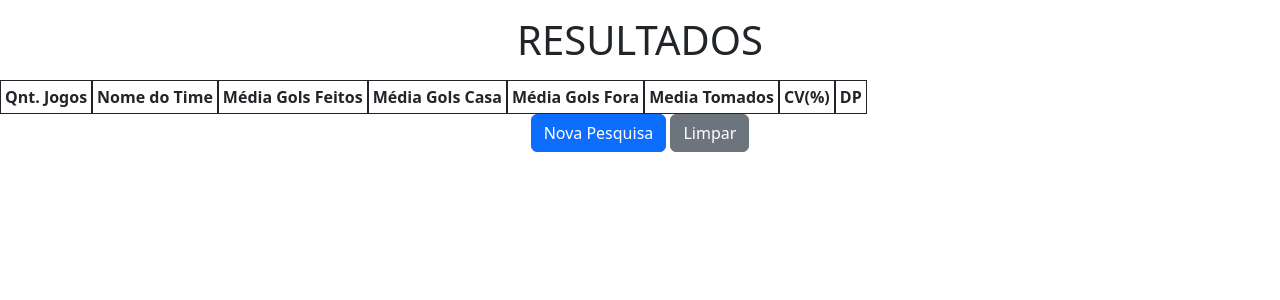
Repository: ricardodamaceno/Coeficiente-de-Variacao-de-Gols
Page: http://localhost/resposta
An editor plug-in stored every save of this project. The page is shown before and after the next save, followed by the edit.
The browser window is 1280 px wide. The pictures show the whole page.
The page is this project's Thymeleaf template; nobody is signed in. The template is opened directly, without the code that normally fills it, so the values that code supplies are empty.

Above is the page before, as saved 2022-10-01 14:57:11.

### aposta-tozo/src/main/resources/templates/resposta.html
<!DOCTYPE html>
<html xmlns:th="http://www.thymeleaf.org">
<head>
<meta name="viewport"
	content="width = device-width, initial-scale = 1, shrink-to-fit = no">
<!-- CSS only -->
<link
	href="https://cdn.jsdelivr.net/npm/bootstrap@5.2.1/dist/css/bootstrap.min.css"
	rel="stylesheet"
	integrity="sha384-iYQeCzEYFbKjA/T2uDLTpkwGzCiq6soy8tYaI1GyVh/UjpbCx/TYkiZhlZB6+fzT"
	crossorigin="anonymous">
<title>Apostas Esportivas</title>
<style>
.flex {
	display: flex;
}

.space-between {
	justify-content: space-between;
}

[data-tooltip] {
	position: relative;
	font-weight: bold;
}

[data-tooltip]:after {
	display: none;
	position: absolute;
	padding: 5px;
	border-radius: 3px;
	bottom: calc(100% + 2px);
	content: attr(data-tooltip);
	white-space: wrap;
	background-color: #0095ff;
	color: White;
}

[data-tooltip]:hover:after {
	display: block;
}
</style>
</head>

<body>

	<h1 class="text-center mb-3 mt-3">RESULTADOS</h1>
	<div class="d-flex">
		<table
			class="table-responsive table-sm table-striped table-hover table-bordered border-dark">
			<thead>
				<tr>
					<th scope="col">Qnt. Jogos</th>
				</tr>
			</thead>
			<tbody>
				<tr data-th-each="qnt : ${jogosAnalisados}">
					<td data-th-text="${qnt.jogosAnalisados}"></td>
				</tr>
			</tbody>
		</table>
		<table
			class="table-responsive table-sm table-striped table-hover table-bordered border-dark">
			<thead>
				<tr>
					<th scope="col">Nome do Time</th>
				</tr>
			</thead>
			<tbody>
				<tr data-th-each="time : ${pesqTimes}">
					<td data-th-text="${time.nomeTime}"></td>
				</tr>
			</tbody>
		</table>
		<table
			class="table-responsive table-sm table-striped table-hover table-bordered border-dark">
			<thead>
				<tr>
					<th scope="col">Média Gols Feitos</th>
				</tr>
			</thead>
			<tbody>
				<tr data-th-each="med : ${media}">
					<td data-th-text="${med.mediaGol}"></td>
				</tr>
			</tbody>
		</table>
		<table
			class="table-responsive table-sm table-striped table-hover table-bordered border-dark">
			<thead>
				<tr>
					<th scope="col">Média Gols Casa</th>
				</tr>
			</thead>
			<tbody>
				<tr data-th-each="medcasa : ${mediaGolCasa}">
					<td data-th-text="${medcasa.mediaGolCasa}"></td>
				</tr>
			</tbody>
		</table>
		<table
			class="table-responsive table-sm table-striped table-hover table-bordered border-dark">
			<thead>
				<tr>
					<th scope="col">Média Gols Fora</th>
				</tr>
			</thead>
			<tbody>
				<tr data-th-each="medfora : ${mediaGolFora}">
					<td data-th-text="${medfora.mediaGolFora}"></td>
				</tr>
			</tbody>
		</table>
		<table
			class="table-responsive table-sm table-striped table-hover table-bordered border-dark">
			<thead>
				<tr>
					<th scope="col">Media Tomados</th>
				</tr>
			</thead>
			<tbody>
				<tr data-th-each="medContra : ${mediaTomados}">
					<td data-th-text="${medContra.mediaGolsTomados}"></td>
				</tr>
			</tbody>
		</table>
		<table
			class="table-responsive table-sm table-striped table-hover table-bordered border-dark">
			<thead>
				<tr>
					<th scope="col"
						data-tooltip="Coeficiente de Variação dos Gols Feitos">CV(%)</th>
				</tr>
			</thead>
			<tbody>
				<tr data-th-each="coeVar : ${cv}">
					<td data-th-text="${coeVar.coeficienteDeVariacao} + '%'"></td>
				</tr>
			</tbody>
		</table>
		<table
			class="table-responsive table-sm table-striped table-hover table-bordered border-dark">
			<thead>
				<tr>
					<th scope="col" data-tooltip="Desvio Padrão dos Gols Feitos">DP</th>
				</tr>
			</thead>
			<tbody>
				<tr data-th-each="desvioPadrao : ${desvio}">
					<td data-th-text="${desvioPadrao.desvioPadrao} + ' gols'"></td>
				</tr>
			</tbody>
		</table>

	</div>
	<div class="d-grid gap-2 d-md-flex justify-content-md-center">
		<form method="post" action="/add">
			<!-- <button type="submit" class="btn btn-primary">Voltar</button> -->
			<a href="/add" class="btn btn-primary" tabindex="-1" role="button"
				aria-disabled="true">Nova Pesquisa</a> <a href="/voltar"
				class="btn btn-secondary" tabindex="-1" role="button"
				aria-disabled="true">Limpar</a>
		</form>
	</div>
</body>
</html>

After the next save:
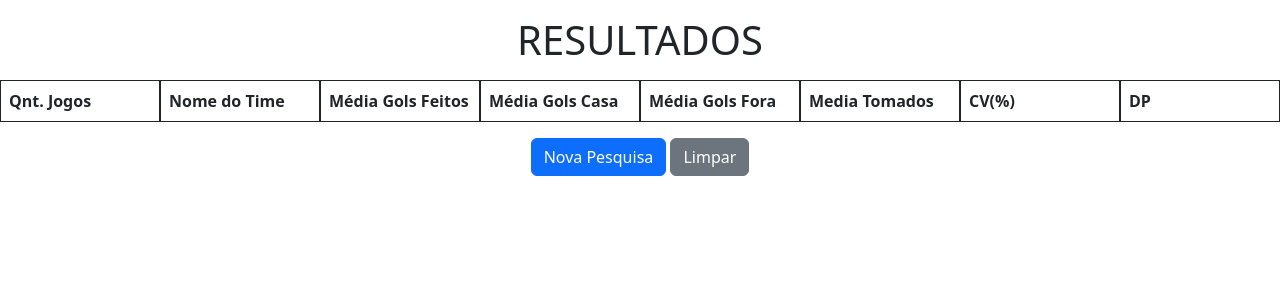
Saved 2 min 29 s later.
--- a/aposta-tozo/src/main/resources/templates/resposta.html
+++ b/aposta-tozo/src/main/resources/templates/resposta.html
@@ -47,7 +47,7 @@
 	<h1 class="text-center mb-3 mt-3">RESULTADOS</h1>
 	<div class="d-flex">
 		<table
-			class="table-responsive table-sm table-striped table-hover table-bordered border-dark">
+			class="table table-striped table-hover table-bordered border-dark">
 			<thead>
 				<tr>
 					<th scope="col">Qnt. Jogos</th>
@@ -60,7 +60,7 @@
 			</tbody>
 		</table>
 		<table
-			class="table-responsive table-sm table-striped table-hover table-bordered border-dark">
+			class="table table-striped table-hover table-bordered border-dark">
 			<thead>
 				<tr>
 					<th scope="col">Nome do Time</th>
@@ -73,7 +73,7 @@
 			</tbody>
 		</table>
 		<table
-			class="table-responsive table-sm table-striped table-hover table-bordered border-dark">
+			class="table table-striped table-hover table-bordered border-dark">
 			<thead>
 				<tr>
 					<th scope="col">Média Gols Feitos</th>
@@ -86,7 +86,7 @@
 			</tbody>
 		</table>
 		<table
-			class="table-responsive table-sm table-striped table-hover table-bordered border-dark">
+			class="table table-striped table-hover table-bordered border-dark">
 			<thead>
 				<tr>
 					<th scope="col">Média Gols Casa</th>
@@ -99,7 +99,7 @@
 			</tbody>
 		</table>
 		<table
-			class="table-responsive table-sm table-striped table-hover table-bordered border-dark">
+			class="table table-striped table-hover table-bordered border-dark">
 			<thead>
 				<tr>
 					<th scope="col">Média Gols Fora</th>
@@ -112,7 +112,7 @@
 			</tbody>
 		</table>
 		<table
-			class="table-responsive table-sm table-striped table-hover table-bordered border-dark">
+			class="table table-striped table-hover table-bordered border-dark">
 			<thead>
 				<tr>
 					<th scope="col">Media Tomados</th>
@@ -125,7 +125,7 @@
 			</tbody>
 		</table>
 		<table
-			class="table-responsive table-sm table-striped table-hover table-bordered border-dark">
+			class="table table-striped table-hover table-bordered border-dark">
 			<thead>
 				<tr>
 					<th scope="col"
@@ -139,7 +139,7 @@
 			</tbody>
 		</table>
 		<table
-			class="table-responsive table-sm table-striped table-hover table-bordered border-dark">
+			class="table table-striped table-hover table-bordered border-dark">
 			<thead>
 				<tr>
 					<th scope="col" data-tooltip="Desvio Padrão dos Gols Feitos">DP</th>

After the 4 saves that followed:
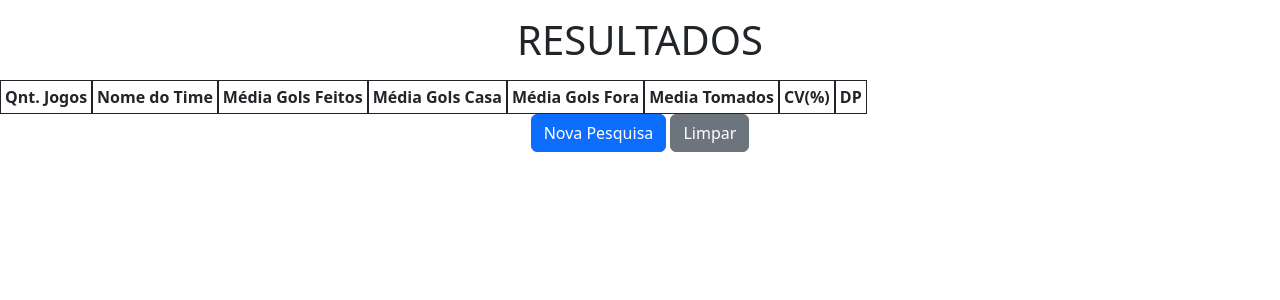
The 4 saves are shown as one change because 3 left the picture as it was.
The last was saved 104 s later.
--- a/aposta-tozo/src/main/resources/templates/resposta.html
+++ b/aposta-tozo/src/main/resources/templates/resposta.html
@@ -47,7 +47,7 @@
 	<h1 class="text-center mb-3 mt-3">RESULTADOS</h1>
 	<div class="d-flex">
 		<table
-			class="table table-striped table-hover table-bordered border-dark">
+			class="table-responsive table-sm table-striped table-hover table-bordered border-dark">
 			<thead>
 				<tr>
 					<th scope="col">Qnt. Jogos</th>
@@ -60,7 +60,7 @@
 			</tbody>
 		</table>
 		<table
-			class="table table-striped table-hover table-bordered border-dark">
+			class="table-responsive table-sm table-striped table-hover table-bordered border-dark">
 			<thead>
 				<tr>
 					<th scope="col">Nome do Time</th>
@@ -73,7 +73,7 @@
 			</tbody>
 		</table>
 		<table
-			class="table table-striped table-hover table-bordered border-dark">
+			class="table-responsive table-sm table-striped table-hover table-bordered border-dark">
 			<thead>
 				<tr>
 					<th scope="col">Média Gols Feitos</th>
@@ -86,7 +86,7 @@
 			</tbody>
 		</table>
 		<table
-			class="table table-striped table-hover table-bordered border-dark">
+			class="table-responsive table-sm table-striped table-hover table-bordered border-dark">
 			<thead>
 				<tr>
 					<th scope="col">Média Gols Casa</th>
@@ -99,7 +99,7 @@
 			</tbody>
 		</table>
 		<table
-			class="table table-striped table-hover table-bordered border-dark">
+			class="table-responsive table-sm table-striped table-hover table-bordered border-dark">
 			<thead>
 				<tr>
 					<th scope="col">Média Gols Fora</th>
@@ -112,7 +112,7 @@
 			</tbody>
 		</table>
 		<table
-			class="table table-striped table-hover table-bordered border-dark">
+			class="table-responsive table-sm table-striped table-hover table-bordered border-dark">
 			<thead>
 				<tr>
 					<th scope="col">Media Tomados</th>
@@ -125,7 +125,7 @@
 			</tbody>
 		</table>
 		<table
-			class="table table-striped table-hover table-bordered border-dark">
+			class="table-responsive table-sm table-striped table-hover table-bordered border-dark">
 			<thead>
 				<tr>
 					<th scope="col"
@@ -139,7 +139,7 @@
 			</tbody>
 		</table>
 		<table
-			class="table table-striped table-hover table-bordered border-dark">
+			class="table-responsive table-sm table-striped table-hover table-bordered border-dark">
 			<thead>
 				<tr>
 					<th scope="col" data-tooltip="Desvio Padrão dos Gols Feitos">DP</th>
